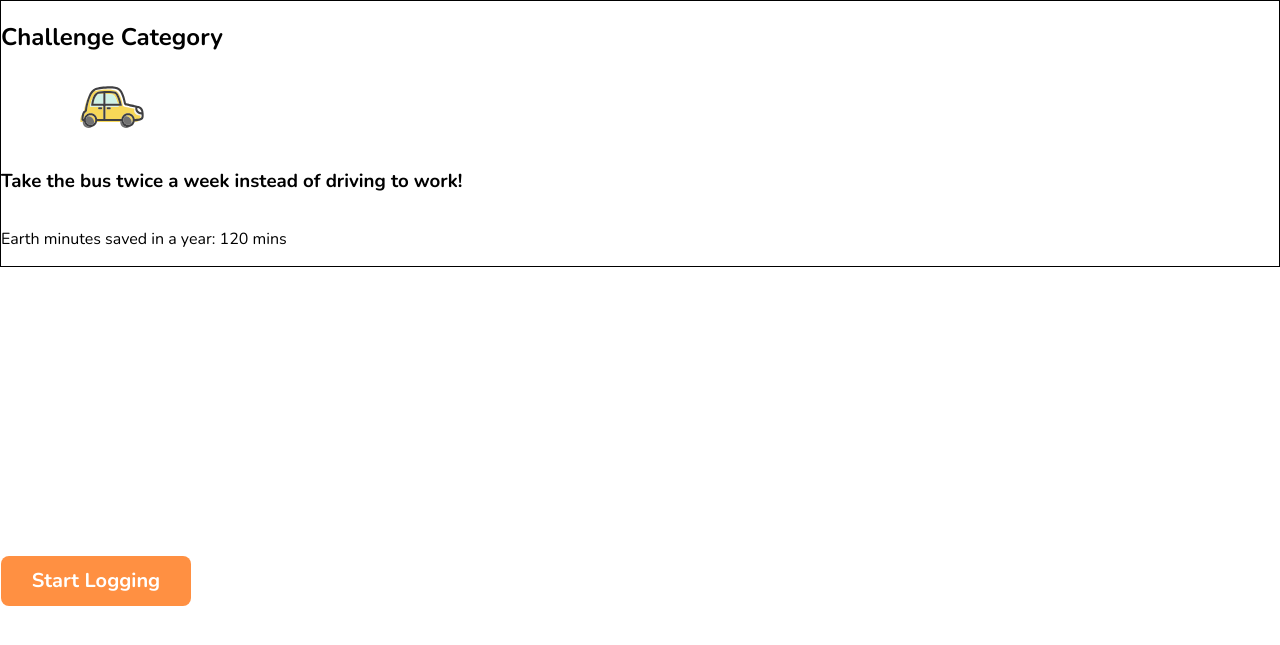
Repository: cho196/Timearth
Page: /challenges
These files come from the project's save history. The page is drawn as it stood at one moment and after the next save; the edit follows.
The browser window is 1280 px wide. The pictures show the whole page.
The project was rebuilt for these pictures with package versions that can differ from the ones it lists, and the page was loaded fresh each time. The framework's server and built-in components were replaced by stand-ins that run in the browser. Also part of the build but not shown: next.config.js.

Above is the page before, as saved 2022-04-11 14:30:51.

### pages/challenges.js
import ChallengeCont from "../comps/Challenge_cont";

export default function Challenges() {
    return <ChallengeCont></ChallengeCont>
}

### styles/globals.css
@import url('https://fonts.googleapis.com/css2?family=Nunito:wght@400;500;600;700;800&display=swap');

html,
body {
  padding: 0;
  margin: 0;
  font-family: 'Nunito', sans-serif;
  text-align: center;
}

a {
  color: inherit;
  text-decoration: none;
}

* {
  box-sizing: border-box;
}

h1 {
    font-weight: 800;
    font-size: 32px;
    line-height: 44px;
    width: 90%;
}

h4 {
    font-weight: 400;
    font-size: 18px;
    line-height: 25px;
    margin-top: 0;
    width: 90%;
}

button {
    font-family: 'Nunito', sans-serif;
    border: none;
    font-style: normal;
    cursor: pointer;
}

.logomark {
    width: 12em;
    height: 12em;
    margin-top: 2em;
}

.background-shape {
    position: absolute;
    bottom: 0;
    height: 30%;
    width: 100%;
    border-radius: 50% 50% 0 0;
    background-color: #6B97ED;
    z-index: -1;
}

.section-selection {
    display: flex;
    flex-wrap: wrap;
    justify-content: center;
}

@media only screen and (max-width: 600px) and (max-height: 750px){
    .logomark {
        width: 10em;
        height: 10em;
        margin-top: 0.5em;
    }

    h1 {
        font-size: 24px;
    }

    h4 {
        font-size: 16px;
    }

}

### comps/Challenge_cont.js
import { useRouter } from "next/router";
import styled from 'styled-components';
import { cat1, cat2, cat3, cat4, cat5, cat6 } from "../data/intro_content";
import { PrimaryButton } from "./Button";


const Challenge_cont = styled.div`
border:1px solid black;
display:flex;
flex-direction:column;
align-items:flex-start;
width: auto;
`


export default function ChallengeCont() {
    return <Challenge_cont>
        <div class="row">
        <h2>Challenge Category</h2>
        <img src={cat1.img} />
        </div>
        <h3>Take the bus twice a week instead of driving to work!</h3>
        <p>Earth minutes saved in a year: 120 mins</p>
        <PrimaryButton></PrimaryButton>
    </Challenge_cont>
}

### data/intro_content.js
export const PageTitle ="Let’s Start!"

export const cat1 = {
    title: "Transportation",
    img: "/transportation.svg"
}

export const cat2 = {
    title: "Food",
    img: "/food.svg"
}

export const cat3 = {
    title: "Water",
    img: "/water.svg"
}

export const cat4 = {
    title: "Electricity",
    img: "/electricity.svg"
}

export const cat5 = {
    title: "Waste",
    img: "/waste.svg"
}

export const cat6 = {
    title: "Shopping",
    img: "/shopping.svg"
}

### comps/Button.js
import { BtnStyle, BtnText, TextBtnStyle } from "../data/index_content"
import { useRouter } from "next/router";
import styled from 'styled-components';

const Button = styled.button`
    background-color: ${props => BtnStyle[props.BtnStyle].bgcolor};
    color: ${props => BtnStyle[props.BtnStyle].txtcolor};
    font-weight: 700;
    font-size: 20px;
    line-height: 27px;
    border-radius: 8px;
    width: 190px;
    height: 50px;
    bottom: 15.88%;
    position: absolute;
`
const TextButton = styled.div`
    display: flex;
    position: absolute;
    font-style: normal;
    font-weight: 700;
    font-size: 18px;
    line-height: 25px;
    cursor: pointer;
    left: ${props => TextBtnStyle[props.TextBtnStyle].left};
    right: ${props => TextBtnStyle[props.TextBtnStyle].right};
    top: 45px;
    color: ${props => TextBtnStyle[props.TextBtnStyle].color}
`

export function BackButton() {
    const r = useRouter();

    return <TextButton
        TextBtnStyle="back"
        onClick={
            () => {
                r.replace(
                    {
                        pathname: "/intro"
                    }
                )
            }
        }>
        <img src ="../chevronleft.svg"></img>
        {BtnText.back}
    </TextButton>
}

export function SkipButton() {
    // const r = useRouter();

    return <TextButton
        TextBtnStyle = "skip">
        {BtnText.skip}
    </TextButton>
}

export function CTAButton() {
    const r = useRouter();

    return <Button
        BtnStyle="white"
        onClick={
            () => {
                r.replace(
                    {
                        pathname: "/intro"
                    }
                )
            }
        }
    >{BtnText.index}
    </Button>
}

export function PrimaryButton() {
    const r = useRouter();
    return <Button
        BtnStyle="orange"
        onClick={
            () => {
                r.replace(
                    {
                        pathname: "/questions"
                    }
                )
            }
        }
    >{BtnText.intro}
    </Button>
}

export function NextButton() {
    const r = useRouter();

    return <Button
        BtnStyle="white"
        onClick={
            () => {
                r.replace(
                    {
                        pathname: "/intro"
                    }
                )
            }
        }
    >{BtnText.next}
    </Button>
}

export function StartButton() {
    const r = useRouter();

    return <Button
        BtnStyle="blue"
        onClick={
            () => {
                r.replace(
                    {
                        pathname: "/intro"
                    }
                )
            }
        }
    >{BtnText.start}
    </Button>
}

### data/index_content.js
export const PageTitle = "It’s time to log your changes!";

export const TextBtnStyle = {
    back: {
        color: "#000000",
        left: "14px"

    },

    skip: {
        color: "#BFBFBF",
        right: "30px"
    }
}

export const BtnStyle = {
    blue: {
        bgcolor: "#6491E9",
        txtcolor: "#FFFFFF"
    },

    orange: {
        bgcolor: "#FF9042",
        txtcolor: "#FFFFFF"
    },

    white: {
        bgcolor: "#FFFFFF",
        txtcolor: "#000000"
    },

    inactive: {
        bgcolor: "#DADADA",
        txtcolor: "#FFFFFF"
    }
}

export const BtnText = {
    index: "Get Started",
    intro: "Start Logging",
    next: "Next",
    back: "Back",
    skip: "Skip"
}

Loaded but not shown: pages/_app.js (common file)

After the next save:
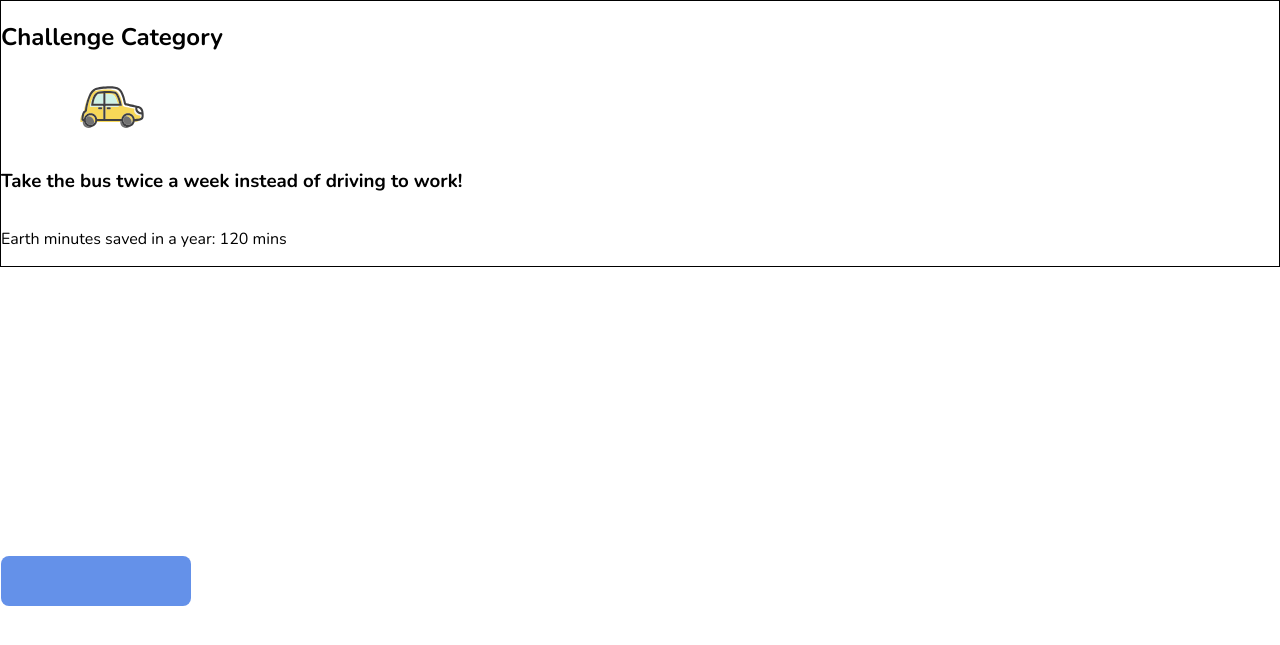
Saved 15 s later.
--- a/comps/Challenge_cont.js
+++ b/comps/Challenge_cont.js
@@ -1,7 +1,7 @@
 import { useRouter } from "next/router";
 import styled from 'styled-components';
 import { cat1, cat2, cat3, cat4, cat5, cat6 } from "../data/intro_content";
-import { PrimaryButton } from "./Button";
+import { PrimaryButton, StartButton } from "./Button";
 
 
 const Challenge_cont = styled.div`
@@ -21,6 +21,6 @@ export default function ChallengeCont() {
         </div>
         <h3>Take the bus twice a week instead of driving to work!</h3>
         <p>Earth minutes saved in a year: 120 mins</p>
-        <PrimaryButton></PrimaryButton>
+        <StartButton></StartButton>
     </Challenge_cont>
 }
